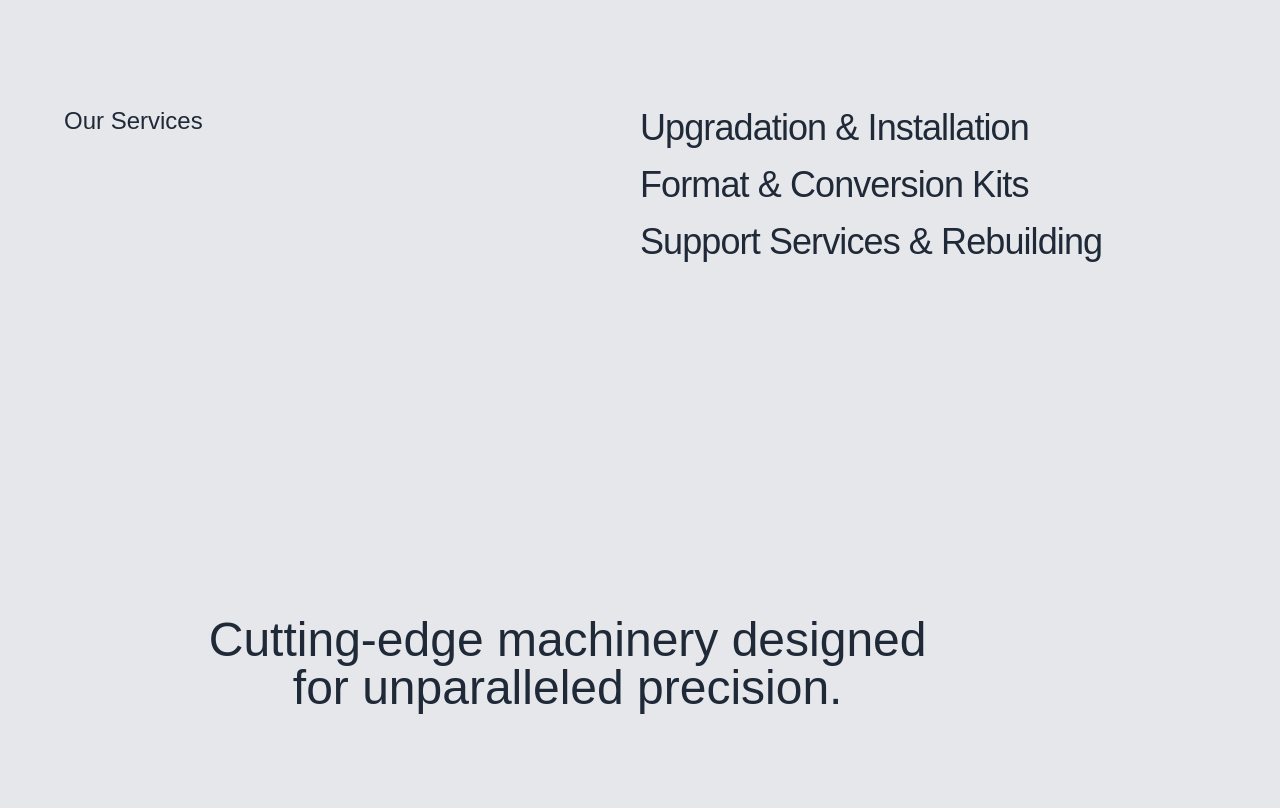
Repository: vespersolutionspk18/microtexwebsite
Page: /
These files come from the project's save history. The page is drawn as it stood at one moment and after the next save; the edit follows.
The browser window is 1280 px wide. The pictures show the part of the page from y = 1555 to 2507 px (the page is 2363 px tall before and 2507 px after).
Some web fonts or font styles are not loaded; a fallback is used. The project was rebuilt for these pictures with package versions that can differ from the ones it lists, and the page was loaded fresh each time. The framework's server and built-in components were replaced by stand-ins that run in the browser. Also part of the build but not shown: next.config.mjs.

Above is the page before, as saved 2024-11-18 21:26:15.

After the next save:
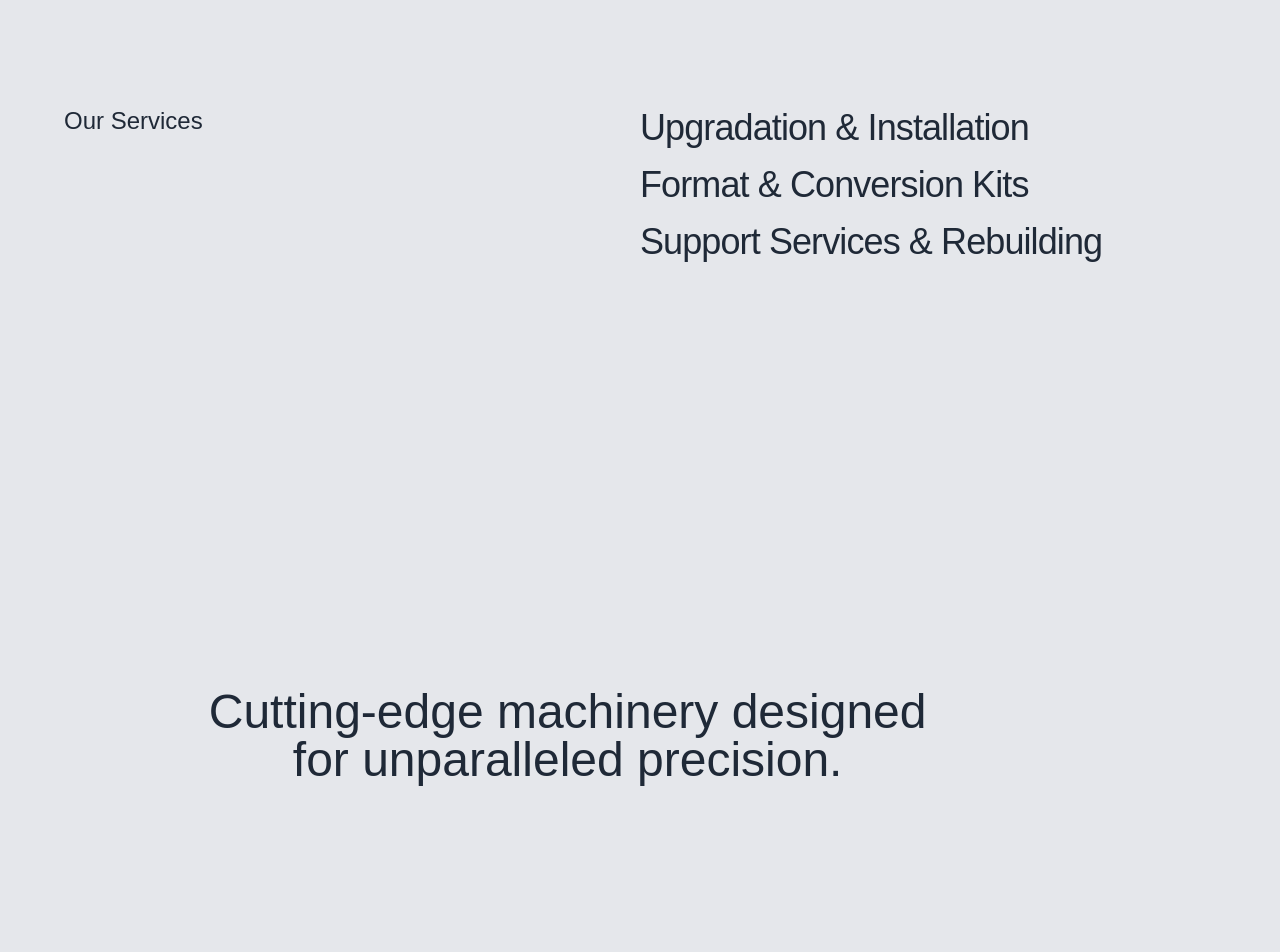
Saved 22 s later.
--- a/app/OurMachines.tsx
+++ b/app/OurMachines.tsx
@@ -4,7 +4,9 @@ const OurMachines = () => {
   return (
     <div className="flex flex-row bg-gray-200 md:pt-64 pr-16 pl-16 pb-24 items-center justify-evenly">
     <h3 className="font-light text-center text-gray-800 font-sans text-5xl">Cutting-edge machinery designed <br></br>for unparalleled precision.</h3>
-    <div className="flex flex-row gap-10 items-center justify-evenly"></div>
+    <div className="flex flex-row gap-10 items-center justify-evenly">
+        <div className="h-[240px] w-1/3 bg-white rounded-xl"></div>
+    </div>
     </div>
   )
 }
